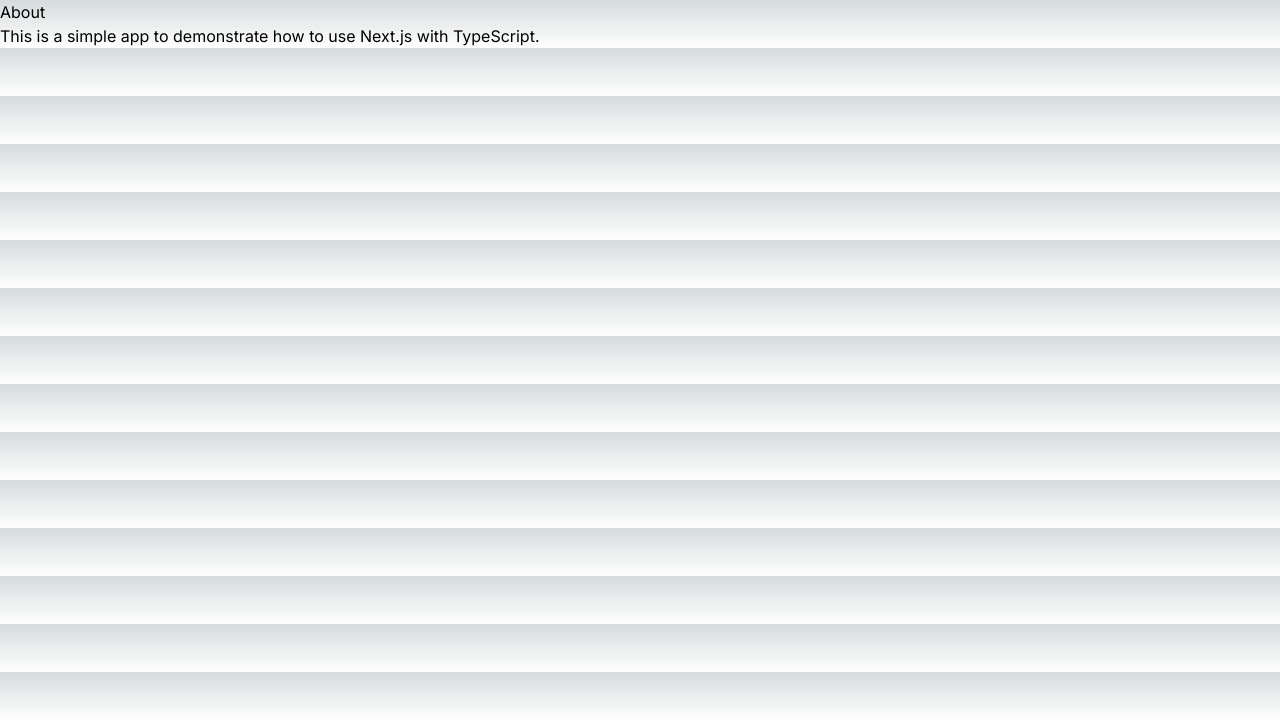
Repository: badhon252/Candidates-portal
Page: /about
The author's editor kept a copy of each file at every save. The page is drawn from the files as they stood at one save, then again after the next save.
The browser window is 1280 px wide. The pictures show the whole page.
The project was rebuilt for these pictures with package versions that can differ from the ones it lists, and the page was loaded fresh each time. The framework's server and built-in components were replaced by stand-ins that run in the browser. Also part of the build but not shown: next.config.js.

Above is the page before, as saved 2023-05-31 17:25:21.

### app/layout.tsx
import "./globals.css";
import { Inter } from "next/font/google";

const inter = Inter({ subsets: ["latin"] });

export const metadata = {
  title: "Movie Vault",
  description: "Movie Vault is a place to store your favorite movies",
};

export default function RootLayout({
  children,
}: {
  children: React.ReactNode;
}) {
  return (
    <html lang="en">
      <body className={inter.className}>{children}</body>
    </html>
  );
}

### app/about/page.tsx
export default function page() {
  return (
    <div className="">
      <h1>About</h1>
      <p>
        This is a simple app to demonstrate how to use Next.js with TypeScript.
      </p>
    </div>
  );
}

Loaded but not shown: app/globals.css (common file); tailwind.config.js (common file)

After the next save:
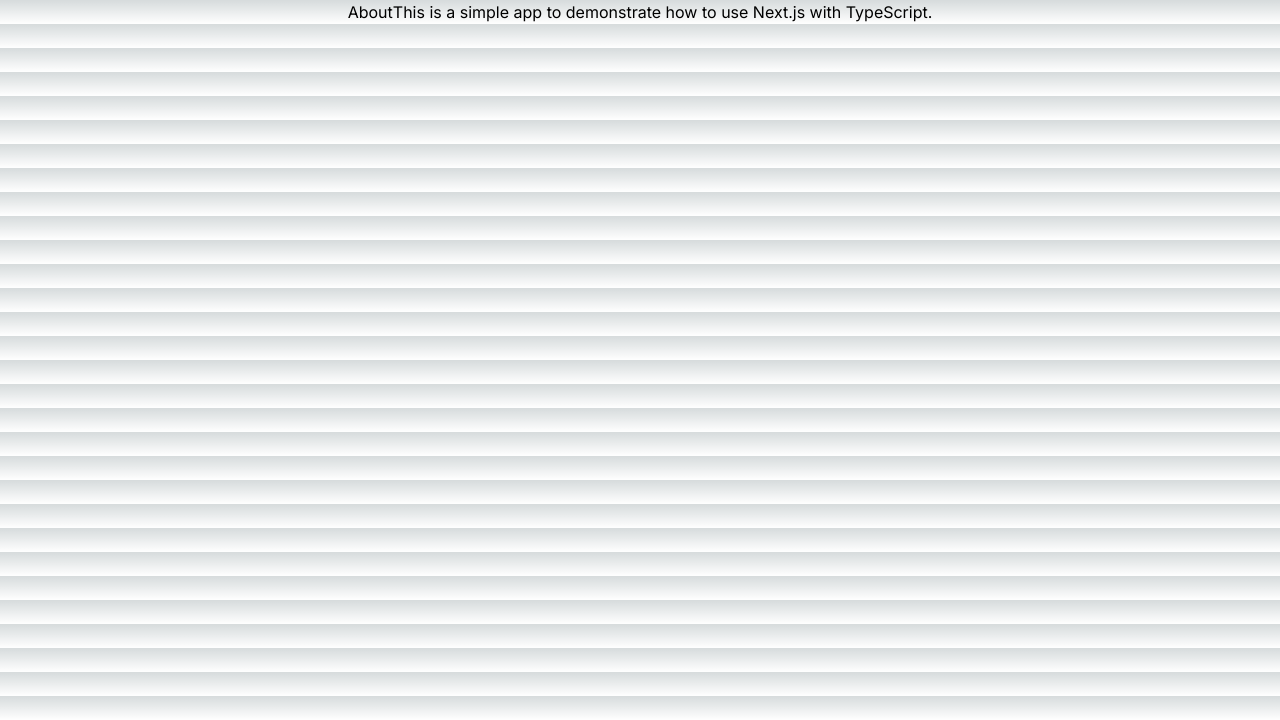
Saved 9 s later.
--- a/app/about/page.tsx
+++ b/app/about/page.tsx
@@ -1,6 +1,6 @@
 export default function page() {
   return (
-    <div className="">
+    <div className="flex justify-center">
       <h1>About</h1>
       <p>
         This is a simple app to demonstrate how to use Next.js with TypeScript.

After the 5 saves that followed:
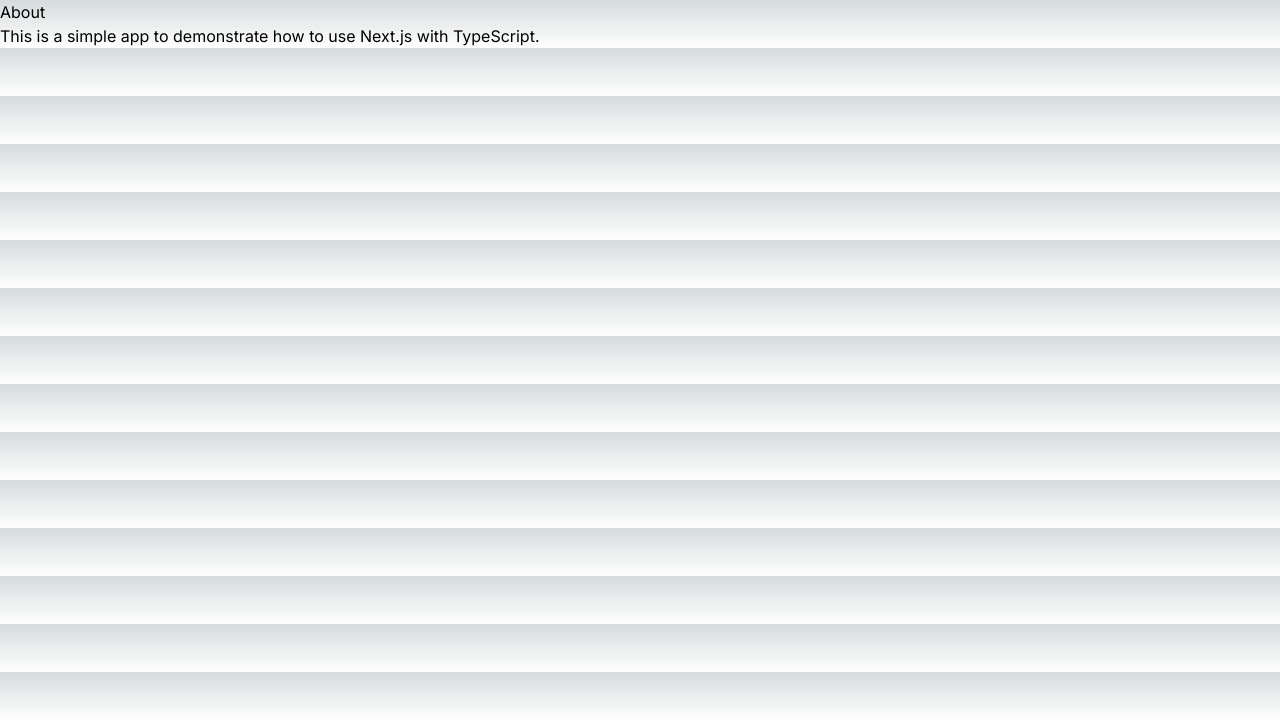
The 5 saves are shown as one change because 4 left the picture as it was.
The last was saved 59 s later.
--- a/app/about/page.tsx
+++ b/app/about/page.tsx
@@ -1,7 +1,7 @@
 export default function page() {
   return (
-    <div className="flex justify-center">
-      <h1>About</h1>
+    <div className="">
+      <h1 className="block text-4px">About</h1>
       <p>
         This is a simple app to demonstrate how to use Next.js with TypeScript.
       </p>
